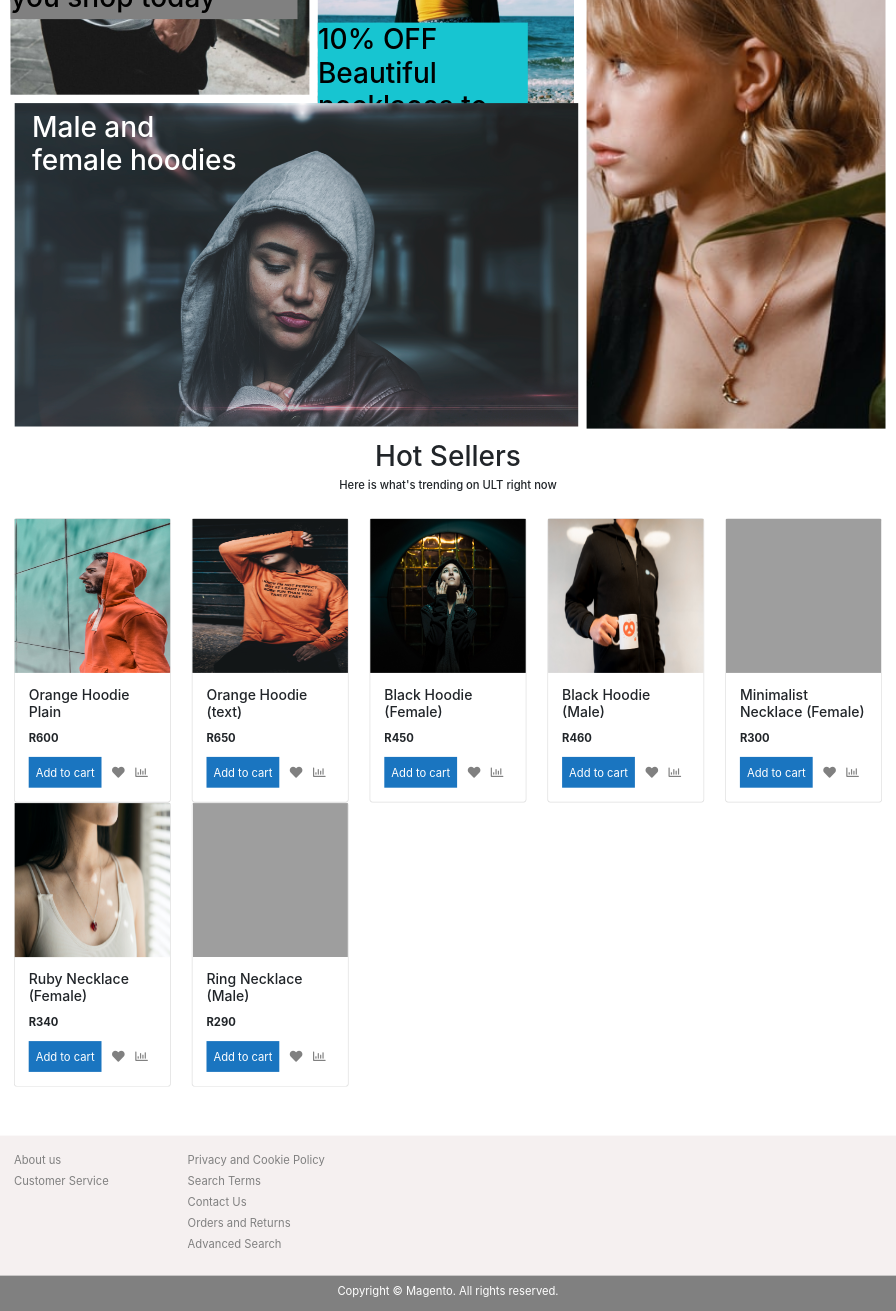
Repository: Ajtheult/Luma-Challenge-Site
Page: /
The author's editor kept a copy of each file at every save. The page is drawn from the files as they stood at one save, then again after the next save.
The browser window is 1280 px wide. The pictures show the part of the page from y = 1336 to 3256 px (the page is 3209 px tall before and 3256 px after), at 70% of full size.
Pictures or frames that could not be fetched are drawn as grey boxes. The project was rebuilt for these pictures with package versions that can differ from the ones it lists, and the page was loaded fresh each time.

Above is the page before, as saved 2020-09-01 12:58:08.

### public/index.html
<!DOCTYPE html>
<html lang="en">
  <head>
    <meta charset="utf-8" />
    <link rel="icon" href="%PUBLIC_URL%/favicon.ico" />
    <meta name="viewport" content="width=device-width, initial-scale=1" />
    <meta name="theme-color" content="#000000" />
    <meta
      name="description"
      content="Web site created using create-react-app"
    />

    <link rel="manifest" href="%PUBLIC_URL%/manifest.json" />
    <!-- Font Awesome -->
    <link
      rel="stylesheet"
      href="https://use.fontawesome.com/releases/v5.7.2/css/all.css"
      integrity="sha384-fnmOCqbTlWIlj8LyTjo7mOUStjsKC4pOpQbqyi7RrhN7udi9RwhKkMHpvLbHG9Sr"
      crossorigin="anonymous"
    />
    <!-- Font Awesome -->
    <title>E-complete</title>
  </head>
  <body>
    <noscript>You need to enable JavaScript to run this app.</noscript>
    <div id="root"></div>
  </body>
</html>

### src/App.js
import React from "react";

// Imported modules
import { BrowserRouter as Router, Switch, Route } from "react-router-dom";
// Imported modules

// Imported pages
import Home from "./components/layout/pages/home/Home";
// Imported pages

// Global css
import "./App.css";
// Global css

function App() {
  return (
    <Router>
      <div className="App">
        <Switch>
          <Route exact path="/" component={Home} />
        </Switch>
      </div>
    </Router>
  );
}

export default App;

### src/components/layout/pages/home/Home.js
import React from "react";
import Navbar from "../../nav/Navbar";
import Container from "react-bootstrap/Container";
import Row from "react-bootstrap/Row";
import Col from "react-bootstrap/Col";
import Carousel from "react-bootstrap/Carousel";
// Images
import yoga from "../../resources/yoga.jpg";
import yogatwo from "../../resources/yoga-two.jpg";
import yogathree from "../../resources/yoga-three.jpg";

import SecondHome from "./SecondHome";
import HomeFooter from "./HomeFooter";

import "./Home.css";

const Home = () => {
  return (
    <div>
      <Navbar />
      <Container fluid>
        <Row>
          <Col>
            {/* Carousel */}
            <Carousel>
              <Carousel.Item>
                <img
                  className="d-block w-100 top_size"
                  src={yoga}
                  alt="First slide"
                />
                <Carousel.Caption>
                  <h3>New ULT yoga collection</h3>
                  <p>Clothing that is perfect for zen sessions</p>
                </Carousel.Caption>
              </Carousel.Item>
              <Carousel.Item>
                <img
                  className="d-block w-100 top_size"
                  src={yogatwo}
                  alt="Third slide"
                />

                <Carousel.Caption>
                  <h3>New ULT yoga collection</h3>
                  <p>Beautiful bracelets to fit the look</p>
                </Carousel.Caption>
              </Carousel.Item>
              <Carousel.Item>
                <img
                  className="d-block w-100 top_size"
                  src={yogathree}
                  alt="Third slide"
                />

                <Carousel.Caption>
                  <h3>New ULT yoga collection</h3>
                  <p>Be happy...like her...don't you wanna be happy?</p>
                </Carousel.Caption>
              </Carousel.Item>
            </Carousel>
          </Col>
        </Row>
        {/* Block frame */}
        <Row>
          <Col>
            <div class="container bg-no-overlay">
              <div class="row left">
                <h1>
                  20% OFF <br /> ULT hoodies when you shop today*
                </h1>
              </div>
            </div>
          </Col>
          <Col>
            <div class="container bg-no-overlay-two">
              <div class="row top">
                <h1>
                  30% OFF <br />
                  Get them fresh kicks
                </h1>
              </div>
            </div>
          </Col>
        </Row>
        <Row>
          <Col>
            <div class="container bg-no-overlay-three">
              <div class="row middle">
                <h1>
                  10% OFF <br /> Beautiful necklaces to flex
                </h1>
              </div>
            </div>
          </Col>
          <Col>
            <div class="container bg-no-overlay-four">
              <div class="row right">
                <h1>Many different styles of necklaces</h1>
              </div>
            </div>

            <div class="container bg-no-overlay-five">
              <div class="row bottom">
                <h1>Male and female hoodies</h1>
              </div>
            </div>
          </Col>
        </Row>
      </Container>
      <SecondHome />
      <HomeFooter />
    </div>
  );
};

export default Home;

### src/components/layout/nav/Navbar.js
import React from "react";
import Nav from "react-bootstrap/Nav";

import Form from "react-bootstrap/Form";

import "./Navbar.css";

const Navbar = () => {
  return (
    <div>
      <Nav className="justify-content-left" activeKey="/home">
        <Nav.Link href="/home">
          <img
            src="https://images.unsplash.com/photo-1462899006636-339e08d1844e?ixlib=rb-1.2.1&ixid=eyJhcHBfaWQiOjEyMDd9&auto=format&fit=crop&w=1050&q=80"
            alt="logo"
            className="logo"
          />
        </Nav.Link>
        <h6 className="logo-text">ULT</h6>
        <Nav.Link className="search_bar">
          {" "}
          <Form>
            <Form.Row>
              <Form.Group>
                <Form.Control
                  className="search_bar"
                  type="search"
                  placeholder="Search engine store here... "
                />
              </Form.Group>
            </Form.Row>
          </Form>
        </Nav.Link>
        <Nav.Link></Nav.Link>
        <i class="fas fa-shopping-cart icon"></i>
      </Nav>
      <Nav className="justify-content-left bottom_nav" activeKey="/home">
        <Nav.Item>
          <Nav.Link href="#" className="colour_of_nav_text">
            What's New
          </Nav.Link>
        </Nav.Item>
        <Nav.Item>
          <Nav.Link href="#" className="colour_of_nav_text">
            Women
          </Nav.Link>
        </Nav.Item>
        <Nav.Item>
          <Nav.Link href="#" className="colour_of_nav_text">
            Men
          </Nav.Link>
        </Nav.Item>
        <Nav.Item>
          <Nav.Link href="#" className="colour_of_nav_text">
            Gear
          </Nav.Link>
        </Nav.Item>
        <Nav.Item>
          <Nav.Link href="#" className="colour_of_nav_text">
            Training
          </Nav.Link>
        </Nav.Item>
        <Nav.Item>
          <Nav.Link href="#" className="colour_of_nav_text">
            Sale
          </Nav.Link>
        </Nav.Item>
      </Nav>
    </div>
  );
};

export default Navbar;

### src/components/layout/pages/home/SecondHome.js
import React from "react";
import "./SecondHome.css";

import Row from "react-bootstrap/Row";
import Col from "react-bootstrap/Col";
import Card from "react-bootstrap/Card";
// images
import one from "../../resources/SecondHome/one.jpg";
import two from "../../resources/SecondHome/two.jpg";
import three from "../../resources/SecondHome/three.jpg";
import four from "../../resources/SecondHome/four.jpg";
import five from "../../resources/SecondHome/five.jpg";
import six from "../../resources/SecondHome/six.jpg";
import seven from "../../resources/SecondHome/seven.jpg";

const SecondHome = () => {
  return (
    <div>
      <div>
        <h1 className="heading">Hot Sellers</h1>
        <h6>Here is what's trending on ULT right now</h6>
      </div>
      <div className="cards">
        <Row>
          {/* 1 */}
          <Col>
            <Card style={{ width: "14rem" }}>
              <img
                variant="top"
                src={one}
                className="image-heights"
                alt="one"
              />

              <Card.Body>
                <Card.Title>Orange Hoodie Plain</Card.Title>
                <Card.Text>R600</Card.Text>
                <button className="buttons">Add to cart</button>
                <i class="fas fa-heart heart-icon-card"></i>
                <i class="far fa-chart-bar heart-icon-card"></i>
              </Card.Body>
            </Card>
          </Col>
          {/* 2 */}
          <Col>
            <Card style={{ width: "14rem" }}>
              <img
                variant="top"
                src={two}
                className="image-heights"
                alt="two"
              />
              <Card.Body>
                <Card.Title>Orange Hoodie (text)</Card.Title>
                <Card.Text>R650</Card.Text>
                <button className="buttons">Add to cart</button>
                <i class="fas fa-heart heart-icon-card"></i>
                <i class="far fa-chart-bar heart-icon-card"></i>
              </Card.Body>
            </Card>
          </Col>
          {/* 3 */}
          <Col>
            <Card style={{ width: "14rem" }}>
              <img
                variant="top"
                src={three}
                className="image-heights"
                alt="three"
              />
              <Card.Body>
                <Card.Title>Black Hoodie (Female)</Card.Title>
                <Card.Text>R450</Card.Text>
                <button className="buttons">Add to cart</button>
                <i class="fas fa-heart heart-icon-card"></i>
                <i class="far fa-chart-bar heart-icon-card"></i>
              </Card.Body>
            </Card>
          </Col>
          {/* 4 */}
          <Col>
            <Card style={{ width: "14rem" }}>
              <img
                variant="top"
                src={four}
                className="image-heights"
                alt="four"
              />
              <Card.Body>
                <Card.Title>Black Hoodie (Male)</Card.Title>
                <Card.Text>R460</Card.Text>
                <button className="buttons">Add to cart</button>
                <i class="fas fa-heart heart-icon-card"></i>
                <i class="far fa-chart-bar heart-icon-card"></i>
              </Card.Body>
            </Card>
          </Col>
          {/* 5 */}
          <Col>
            <Card style={{ width: "14rem" }}>
              <img
                variant="top"
                src={five}
                className="image-heights"
                alt="five"
              />
              <Card.Body>
                <Card.Title>Minimalist Necklace (Female)</Card.Title>
                <Card.Text>R300</Card.Text>
                <button className="buttons">Add to cart</button>
                <i class="fas fa-heart heart-icon-card"></i>
                <i class="far fa-chart-bar heart-icon-card"></i>
              </Card.Body>
            </Card>
          </Col>
          {/* 6 */}
          <Col>
            <Card style={{ width: "14rem" }}>
              <img
                variant="top"
                src={six}
                className="image-heights"
                alt="six"
              />
              <Card.Body>
                <Card.Title>Ruby Necklace (Female)</Card.Title>
                <Card.Text>R340</Card.Text>
                <button className="buttons">Add to cart</button>
                <i class="fas fa-heart heart-icon-card"></i>
                <i class="far fa-chart-bar heart-icon-card"></i>
              </Card.Body>
            </Card>
          </Col>
          {/* 7 */}
          <Col>
            <Card style={{ width: "14rem" }}>
              <img
                variant="top"
                src={seven}
                className="image-heights"
                alt="seven"
              />
              <Card.Body>
                <Card.Title>Ring Necklace (Male)</Card.Title>
                <Card.Text>R290</Card.Text>
                <button className="buttons">Add to cart</button>
                <i class="fas fa-heart heart-icon-card"></i>
                <i class="far fa-chart-bar heart-icon-card"></i>
              </Card.Body>
            </Card>
          </Col>
          <Col></Col>
          <Col></Col>
          <Col></Col>
        </Row>
      </div>
    </div>
  );
};

export default SecondHome;

### src/components/layout/pages/home/HomeFooter.js
import React from "react";
import "./HomeFooter.css";

const HomeFooter = () => {
  return (
    <div className="main-footer">
      <div className="footer">
        <div className="div-one">
          <a href="#home">About us</a> <br />
          <a href="#home">Customer Service</a>
        </div>
        <br />
        <div className="div-two">
          <a href="#home">Privacy and Cookie Policy</a> <br />
          <a href="#home">Search Terms</a> <br />
          <a href="#home">Contact Us</a> <br />
          <a href="#home">Orders and Returns</a> <br />
          <a href="#home">Advanced Search</a>
        </div>
      </div>
      <div className="footer-two">
        <p>Copyright &copy; Magento. All rights reserved.</p>
      </div>
    </div>
  );
};

export default HomeFooter;

### src/components/layout/pages/home/Home.css
.top_size {
  width: 100%;
  height: 500px;
  margin-top: 1%;
}

.bg-no-overlay {
  /* Left */
  background: url("../../resources/hoodie.jpg");
  background-repeat: no-repeat;
  background-size: cover;
  background-position: center center;
  color: #fff;
  float: left;
  width: 70%;
  height: 850px;
  margin-top: 2%;
}

.bg-no-overlay-two {
  /* top */
  background: url("../../resources/shoe.jpg");
  background-repeat: no-repeat;
  background-size: cover;
  background-position: center center;
  color: #fff;
  width: 132%;
  height: 450px;
  margin-top: 2%;
  float: right;
}

.bg-no-overlay-three {
  /* middle */
  background: url("../../resources/beach.jpg");
  background-repeat: no-repeat;
  background-size: cover;
  background-position: center center;
  color: #fff;
  width: 60%;
  height: 388px;
  margin-top: -53%;
  margin-right: -32%;
  float: right;
}

.bg-no-overlay-four {
  /* right */
  background: url("../../resources/garden.jpg");
  background-repeat: no-repeat;
  background-size: cover;
  background-position: center center;
  color: #fff;
  width: 70%;
  height: 800px;
  margin-top: -53%;
  margin-left: 20%;
  float: right;
}

.bg-no-overlay-five {
  /* bottom */
  background: url("../../resources/forest.jpg");
  background-repeat: no-repeat;
  background-size: cover;
  background-position: center center;
  color: #fff;
  width: 132%;
  height: 97%;
  margin-top: 2%;
  margin-left: -104%;
}

.left {
  text-align: left;
  margin-top: 590px;
  width: 410px;
  color: black;
  background-color: grey;
}

.top {
  float: right;
  text-align: right;
  color: black;
  margin-top: 70px;
}

.middle {
  text-align: left;
  float: left;
  background-color: rgb(23, 197, 209);
  color: black;
  width: 300px;
  margin-top: 220px;
}

.right {
  text-align: left;
  float: right;
  color: black;
  width: 335px;
  margin-top: 10px;
}

.bottom {
  text-align: left;
  float: left;
  color: white;
  width: 303px;
  margin-left: 10px;
  margin-top: 10px;
}

.carousel-caption {
  background-color: rgba(129, 41, 41, 0.493);
  width: 70%;
}

### src/components/layout/nav/Navbar.css
.bottom_nav {
  background-color: rgb(233, 224, 224);
  margin-top: -10px;
}

.colour_of_nav_text {
  color: black;
  font-size: 80%;
}

.logo {
  width: 50px;
  height: 50px;
  border-radius: 50%;
}

.logo-text {
  margin-top: 13px;
  font-size: 30px;
}

.search_bar {
  margin-left: auto;
  margin-top: 5px;
  font-size: 10px;
}

.icon {
  margin-top: 25px;
  margin-right: 20px;
  color: grey;
}

### src/components/layout/pages/home/SecondHome.css
.heading {
  margin-top: 15px;
}

.cards {
  width: 100%;
  padding: 20px;
  padding-top: 30px;
}

.second-row {
  margin-top: 10px;
  margin: 10px;
  padding-left: 50px;
}

.image-heights {
  height: 220px;
}

.card-body {
  text-align: left;
}

.card-text {
  font-weight: bold;
}

.buttons {
  padding: 10px;
  background-color: rgb(26, 117, 192);
  border: none;
  color: white;
}

.heart-icon-card {
  margin-left: 15px;
  font-size: 18px;
  color: grey;
}

### src/components/layout/pages/home/HomeFooter.css
.main-footer {
  margin-top: 50px;
}

.footer {
  text-align: left;
  padding: 20px;
  background-color: rgb(245, 240, 240);
  line-height: 30px;
  height: 200px;
}

.footer .div-two {
  transform: translate(25%, -60%);
  width: 80%;
}

.footer-two {
  text-align: center;
  padding: 2px;
  background-color: grey;
  color: white;
}

.footer-two p {
  margin-top: 7px;
}

a {
  color: grey;
}

a:hover {
  text-decoration: none;
  font-weight: bold;
}

Loaded but not shown: src/index.js (common file); src/App.css (common file)

After the next save:
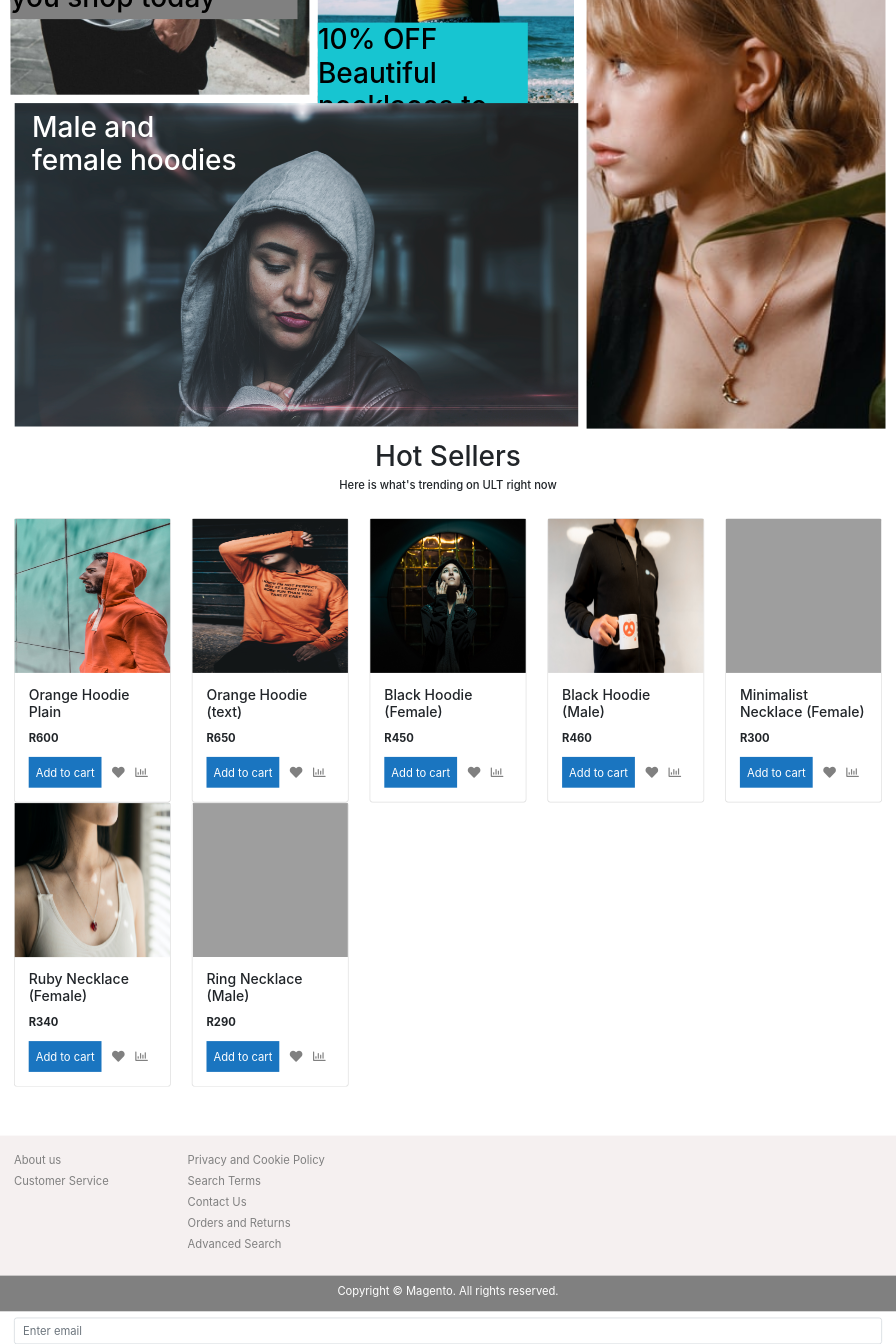
Saved 2 min 32 s later.
--- a/src/components/layout/pages/home/HomeFooter.js
+++ b/src/components/layout/pages/home/HomeFooter.js
@@ -1,4 +1,5 @@
 import React from "react";
+import Form from "react-bootstrap/Form";
 import "./HomeFooter.css";
 
 const HomeFooter = () => {
@@ -17,6 +18,7 @@
           <a href="#home">Orders and Returns</a> <br />
           <a href="#home">Advanced Search</a>
         </div>
+        <Form.Control type="email" placeholder="Enter email" />
       </div>
       <div className="footer-two">
         <p>Copyright &copy; Magento. All rights reserved.</p>
